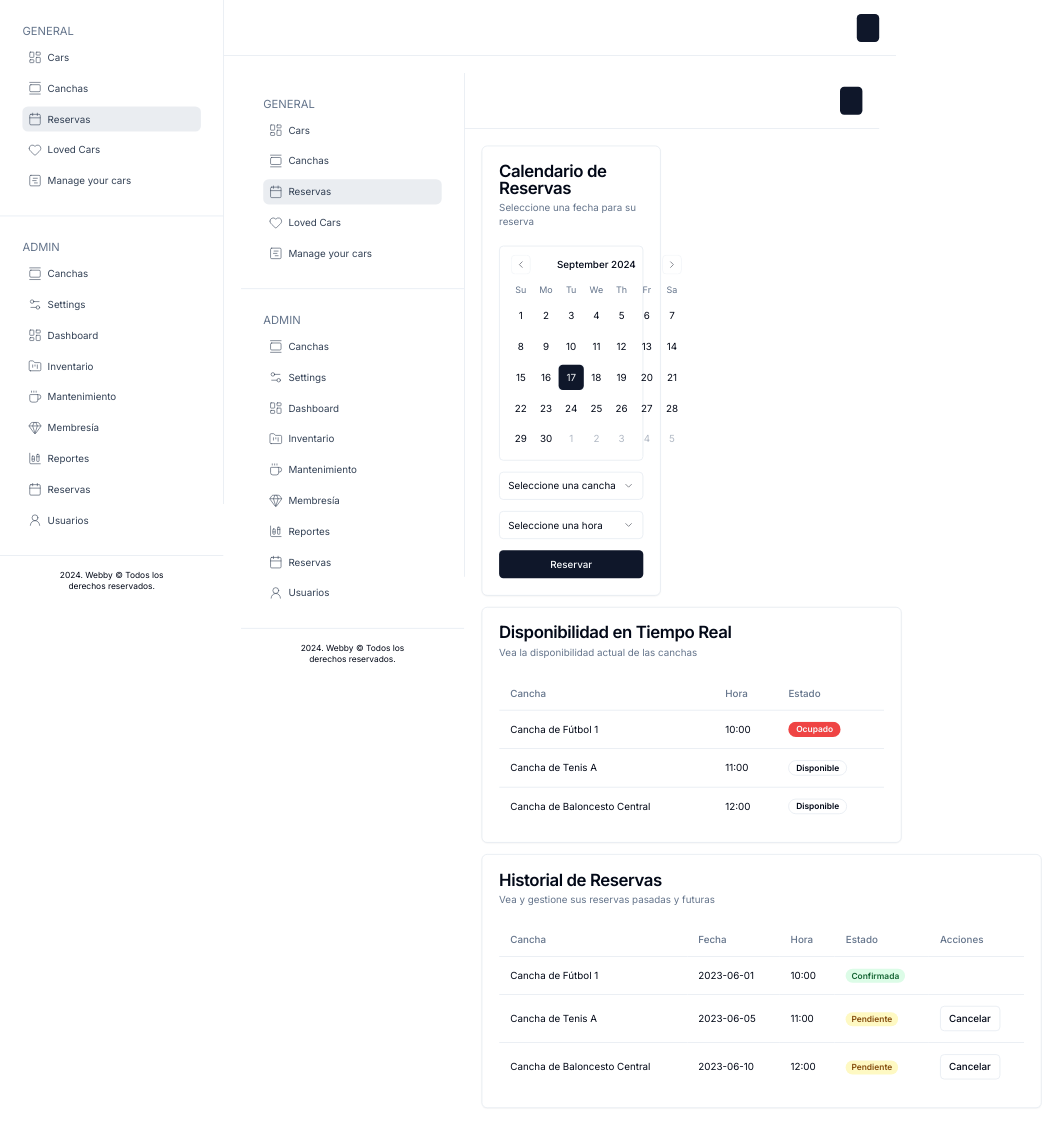
Repository: Jackson-sch/cdeporte
Page: /reservas
An editor plug-in stored every save of this project. The page is shown before and after a run of saves, followed by the edit.
The browser window is 1280 px wide. The page is 1488 px wide, so the pictures cover 1488 px, including what lies to the right of the window. The pictures show the whole page, at 70% of full size.
The project was rebuilt for these pictures with package versions that can differ from the ones it lists, and the page was loaded fresh each time. The framework's server and built-in components were replaced by stand-ins that run in the browser. Also part of the build but not shown: next.config.mjs, src/components/ui/label.jsx, src/components/ui/input.jsx, src/components/Reservas/HistorialReserva.jsx.

Above is the page before, as saved 2024-09-17 20:08:15.

### src/app/layout.jsx
import { Inter } from "next/font/google";
import "./globals.css";
import { Toaster } from "@/components/ui/toaster";

const inter = Inter({ subsets: ["latin"] });

export const metadata = {
  title: "Create Next App",
  description: "Generated by create next app",
};

export default function RootLayout({ children }) {
  return (
    <html lang="en">
      <body className={inter.className}>
        {children}
        <Toaster />
        </body>
    </html>
  );
}

### src/app/(routes)/layout.jsx
import { NavbarDashboard } from "@/components/NavbarDashboard/NavbarDashboard";
import { Sidebar } from "@/components/Sidebar/Sidebar";




export default function LayoutDashboard({ children }) {
  return (
    <div className="flex w-full h-full">
      <div className="hidden h-full xl:block w-80 xl:fixed">
        <Sidebar />
      </div>
      <div className="w-full h-full xl:ml-80">
        <NavbarDashboard />
        <div className="p-6 h-max container">{children}</div>
      </div>
    </div>
  );
}

### src/app/(routes)/(cliente)/layout.jsx
import { NavbarDashboard } from "@/components/NavbarDashboard/NavbarDashboard";
import { Sidebar } from "@/components/Sidebar/Sidebar";




export default function LayoutDashboard({ children }) {
  return (
    <div className="flex w-full h-full">
      <div className="hidden h-full xl:block w-80 xl:fixed">
        <Sidebar />
      </div>
      <div className="w-full h-full xl:ml-80">
        <NavbarDashboard />
        <div className="p-6 h-max container">{children}</div>
      </div>
    </div>
  );
}

### src/app/(routes)/(cliente)/reservas/page.jsx
"use client";
import React, { useState } from "react";
import { Calendar } from "@/components/ui/calendar";
import {
  Card,
  CardHeader,
  CardTitle,
  CardDescription,
  CardContent,
} from "@/components/ui/card";
import {
  Select,
  SelectTrigger,
  SelectValue,
  SelectContent,
  SelectItem,
} from "@/components/ui/select";
import { Button } from "@/components/ui/button";
import {
  Dialog,
  DialogTrigger,
  DialogContent,
  DialogHeader,
  DialogTitle,
  DialogDescription,
  DialogFooter,
} from "@/components/ui/dialog";
import { Label } from "@/components/ui/label";
import { Input } from "@/components/ui/input";
import RealTimeAvailability from "@/components/Reservas/RealTimeAvailability";
import HistorialReservas from "@/components/Reservas/HistorialReserva";
import ReservationHistory from "@/components/Reservas/ReservationHistory";

export default function ReservationCalendar() {
  const [date, setDate] = useState(new Date());
  const [selectedCourt, setSelectedCourt] = useState("");
  const [selectedTime, setSelectedTime] = useState("");
  const [isDialogOpen, setIsDialogOpen] = useState(false);

  const courts = [
    "Cancha de Fútbol 1",
    "Cancha de Tenis A",
    "Cancha de Baloncesto Central",
  ];
  const times = [
    "09:00",
    "10:00",
    "11:00",
    "12:00",
    "13:00",
    "14:00",
    "15:00",
    "16:00",
    "17:00",
    "18:00",
  ];

  const handleReservation = () => {
    console.log("Reserva realizada:", { date, selectedCourt, selectedTime });
    setIsDialogOpen(false);
    // Aquí iría la lógica para enviar la reserva al servidor
  };

  return (
    <div className="grid grid-cols-1 md:grid-cols-2 lg:grid-cols-4 gap-4">
      <div className="col-span-2">
        <Card className="w-full">
          <CardHeader>
            <CardTitle>Calendario de Reservas</CardTitle>
            <CardDescription>
              Seleccione una fecha para su reserva
            </CardDescription>
          </CardHeader>
          <CardContent>
            <Calendar
              mode="single"
              selected={date}
              onSelect={setDate}
              className="rounded-md border"
            />
            <div className="mt-4">
              <Select onValueChange={setSelectedCourt}>
                <SelectTrigger>
                  <SelectValue placeholder="Seleccione una cancha" />
                </SelectTrigger>
                <SelectContent>
                  {courts.map((court) => (
                    <SelectItem key={court} value={court}>
                      {court}
                    </SelectItem>
                  ))}
                </SelectContent>
              </Select>
            </div>
            <div className="mt-4">
              <Select onValueChange={setSelectedTime}>
                <SelectTrigger>
                  <SelectValue placeholder="Seleccione una hora" />
                </SelectTrigger>
                <SelectContent>
                  {times.map((time) => (
                    <SelectItem key={time} value={time}>
                      {time}
                    </SelectItem>
                  ))}
                </SelectContent>
              </Select>
            </div>
            <Dialog open={isDialogOpen} onOpenChange={setIsDialogOpen}>
              <DialogTrigger asChild>
                <Button className="mt-4 w-full">Reservar</Button>
              </DialogTrigger>
              <DialogContent>
                <DialogHeader>
                  <DialogTitle>Confirmar Reserva</DialogTitle>
                  <DialogDescription>
                    ¿Está seguro que desea realizar esta reserva?
                  </DialogDescription>
                </DialogHeader>
                <div className="grid gap-4 py-4">
                  <div className="grid grid-cols-4 items-center gap-4">
                    <Label htmlFor="date" className="text-right">
                      Fecha
                    </Label>
                    <Input
                      id="date"
                      value={date.toLocaleDateString()}
                      className="col-span-3"
                      readOnly
                    />
                  </div>
                  <div className="grid grid-cols-4 items-center gap-4">
                    <Label htmlFor="court" className="text-right">
                      Cancha
                    </Label>
                    <Input
                      id="court"
                      value={selectedCourt}
                      className="col-span-3"
                      readOnly
                    />
                  </div>
                  <div className="grid grid-cols-4 items-center gap-4">
                    <Label htmlFor="time" className="text-right">
                      Hora
                    </Label>
                    <Input
                      id="time"
                      value={selectedTime}
                      className="col-span-3"
                      readOnly
                    />
                  </div>
                </div>
                <DialogFooter>
                  <Button onClick={handleReservation}>Confirmar Reserva</Button>
                </DialogFooter>
              </DialogContent>
            </Dialog>
          </CardContent>
        </Card>
      </div>
      <div className="col-span-5">
        <RealTimeAvailability />
      </div>

      <ReservationHistory />
    </div>
  );
}

### src/components/ui/toaster.jsx
"use client"

import {
  Toast,
  ToastClose,
  ToastDescription,
  ToastProvider,
  ToastTitle,
  ToastViewport,
} from "@/components/ui/toast"
import { useToast } from "@/components/ui/use-toast"

export function Toaster() {
  const { toasts } = useToast()

  return (
    (<ToastProvider>
      {toasts.map(function ({ id, title, description, action, ...props }) {
        return (
          (<Toast key={id} {...props}>
            <div className="grid gap-1">
              {title && <ToastTitle>{title}</ToastTitle>}
              {description && (
                <ToastDescription>{description}</ToastDescription>
              )}
            </div>
            {action}
            <ToastClose />
          </Toast>)
        );
      })}
      <ToastViewport />
    </ToastProvider>)
  );
}

### src/components/NavbarDashboard/NavbarDashboard.jsx
import { Sheet, SheetContent, SheetTrigger } from "@/components/ui/sheet";
import {Button } from "@/components/ui/button";
import { Menu } from "lucide-react";
import { SidebarRoutes } from "../SidebarRoutes/SidebarRoutes";



export function NavbarDashboard() {
  return (
    <nav className="flex items-center justify-between w-full h-20 px-2 border-b gap-x-4 md:px-6 bg-background">
      <div className="block xl:hidden">
        <Sheet>
          <SheetTrigger className="flex items-center">
            <Menu />
          </SheetTrigger>
          <SheetContent side="left">
            <SidebarRoutes />
          </SheetContent>
        </Sheet>
      </div>
      <div className="flex items-center justify-end w-full gap-x-2">
        <Button />
      </div>
    </nav>
  );
}

### src/components/Sidebar/Sidebar.jsx
import { SidebarRoutes } from "../SidebarRoutes/SidebarRoutes";


export function Sidebar() {
  return (
    <div className="h-screen">
      <div className="flex flex-col h-full border-r">
        <SidebarRoutes />
      </div>
    </div>
  );
}

### src/components/ui/card.jsx
import * as React from "react"

import { cn } from "@/lib/utils"

const Card = React.forwardRef(({ className, ...props }, ref) => (
  <div
    ref={ref}
    className={cn("rounded-lg border bg-card text-card-foreground shadow-sm", className)}
    {...props} />
))
Card.displayName = "Card"

const CardHeader = React.forwardRef(({ className, ...props }, ref) => (
  <div
    ref={ref}
    className={cn("flex flex-col space-y-1.5 p-6", className)}
    {...props} />
))
CardHeader.displayName = "CardHeader"

const CardTitle = React.forwardRef(({ className, ...props }, ref) => (
  <h3
    ref={ref}
    className={cn("text-2xl font-semibold leading-none tracking-tight", className)}
    {...props} />
))
CardTitle.displayName = "CardTitle"

const CardDescription = React.forwardRef(({ className, ...props }, ref) => (
  <p
    ref={ref}
    className={cn("text-sm text-muted-foreground", className)}
    {...props} />
))
CardDescription.displayName = "CardDescription"

const CardContent = React.forwardRef(({ className, ...props }, ref) => (
  <div ref={ref} className={cn("p-6 pt-0", className)} {...props} />
))
CardContent.displayName = "CardContent"

const CardFooter = React.forwardRef(({ className, ...props }, ref) => (
  <div
    ref={ref}
    className={cn("flex items-center p-6 pt-0", className)}
    {...props} />
))
CardFooter.displayName = "CardFooter"

export { Card, CardHeader, CardFooter, CardTitle, CardDescription, CardContent }

### src/components/ui/button.jsx
import * as React from "react"
import { Slot } from "@radix-ui/react-slot"
import { cva } from "class-variance-authority";

import { cn } from "@/lib/utils"

const buttonVariants = cva(
  "inline-flex items-center justify-center whitespace-nowrap rounded-md text-sm font-medium ring-offset-background transition-colors focus-visible:outline-none focus-visible:ring-2 focus-visible:ring-ring focus-visible:ring-offset-2 disabled:pointer-events-none disabled:opacity-50",
  {
    variants: {
      variant: {
        default: "bg-primary text-primary-foreground hover:bg-primary/90",
        destructive:
          "bg-destructive text-destructive-foreground hover:bg-destructive/90",
        outline:
          "border border-input bg-background hover:bg-accent hover:text-accent-foreground",
        secondary:
          "bg-secondary text-secondary-foreground hover:bg-secondary/80",
        ghost: "hover:bg-accent hover:text-accent-foreground",
        link: "text-primary underline-offset-4 hover:underline",
      },
      size: {
        default: "h-10 px-4 py-2",
        sm: "h-9 rounded-md px-3",
        lg: "h-11 rounded-md px-8",
        icon: "h-10 w-10",
      },
    },
    defaultVariants: {
      variant: "default",
      size: "default",
    },
  }
)

const Button = React.forwardRef(({ className, variant, size, asChild = false, ...props }, ref) => {
  const Comp = asChild ? Slot : "button"
  return (
    (<Comp
      className={cn(buttonVariants({ variant, size, className }))}
      ref={ref}
      {...props} />)
  );
})
Button.displayName = "Button"

export { Button, buttonVariants }

### src/components/Reservas/RealTimeAvailability.jsx
'use client'
import React, { useState, useEffect } from 'react'
import { Card, CardHeader, CardTitle, CardDescription, CardContent } from "@/components/ui/card"
import { Table, TableBody, TableCell, TableHead, TableHeader, TableRow } from "@/components/ui/table"
import { Badge } from "@/components/ui/badge"

export default function RealTimeAvailability() {
  const [availability, setAvailability] = useState([])

  useEffect(() => {
    // Simulación de actualización en tiempo real
    const interval = setInterval(() => {
      const newAvailability = [
        { id: 1, court: "Cancha de Fútbol 1", time: "10:00", status: Math.random() > 0.5 ? "Disponible" : "Ocupado" },
        { id: 2, court: "Cancha de Tenis A", time: "11:00", status: Math.random() > 0.5 ? "Disponible" : "Ocupado" },
        { id: 3, court: "Cancha de Baloncesto Central", time: "12:00", status: Math.random() > 0.5 ? "Disponible" : "Ocupado" },
      ]
      setAvailability(newAvailability)
    }, 5000) // Actualiza cada 5 segundos

    return () => clearInterval(interval)
  }, [])

  return (
    <Card className="w-[600px]">
      <CardHeader>
        <CardTitle>Disponibilidad en Tiempo Real</CardTitle>
        <CardDescription>Vea la disponibilidad actual de las canchas</CardDescription>
      </CardHeader>
      <CardContent>
        <Table>
          <TableHeader>
            <TableRow>
              <TableHead>Cancha</TableHead>
              <TableHead>Hora</TableHead>
              <TableHead>Estado</TableHead>
            </TableRow>
          </TableHeader>
          <TableBody>
            {availability.map((item) => (
              <TableRow key={item.id}>
                <TableCell>{item.court}</TableCell>
                <TableCell>{item.time}</TableCell>
                <TableCell>
                  <Badge variant={item.status === "Disponible" ? "success" : "destructive"}>
                    {item.status}
                  </Badge>
                </TableCell>
              </TableRow>
            ))}
          </TableBody>
        </Table>
      </CardContent>
    </Card>
  )
}

### src/components/SidebarRoutes/SidebarRoutes.jsx
"use client";

import { Separator } from "@/components/ui/separator";
import { dataAdminSidebar, dataGeneralSidebar } from "./SidebarRoute.data";
import { SidebarItem } from "./SidebarItem/SidebarItem";



export function SidebarRoutes() {

  return (
    <div className="flex flex-col justify-between h-full">
      <div>
        <div className="p-4 md:p-8">
          <p className="mb-2 text-slate-500">GENERAL</p>
          {dataGeneralSidebar.map((item) => (
            <SidebarItem key={item.label} item={item} />
          ))}
        </div>

        <Separator />

          <div className="p-4 md:p-8">
            <p className="mb-2 text-slate-500">ADMIN</p>
            {dataAdminSidebar.map((item) => (
              <SidebarItem key={item.label} item={item} />
            ))}
          </div>
      </div>

      <div>
        <Separator />

        <footer className="px-6 py-2 mt-3 text-center text-xs text-pretty">
          2024. Webby © Todos los derechos reservados.
        </footer>
      </div>
    </div>
  );
}

### src/components/ui/table.jsx
import * as React from "react"

import { cn } from "@/lib/utils"

const Table = React.forwardRef(({ className, ...props }, ref) => (
  <div className="relative w-full overflow-auto">
    <table
      ref={ref}
      className={cn("w-full caption-bottom text-sm", className)}
      {...props} />
  </div>
))
Table.displayName = "Table"

const TableHeader = React.forwardRef(({ className, ...props }, ref) => (
  <thead ref={ref} className={cn("[&_tr]:border-b", className)} {...props} />
))
TableHeader.displayName = "TableHeader"

const TableBody = React.forwardRef(({ className, ...props }, ref) => (
  <tbody
    ref={ref}
    className={cn("[&_tr:last-child]:border-0", className)}
    {...props} />
))
TableBody.displayName = "TableBody"

const TableFooter = React.forwardRef(({ className, ...props }, ref) => (
  <tfoot
    ref={ref}
    className={cn("border-t bg-muted/50 font-medium [&>tr]:last:border-b-0", className)}
    {...props} />
))
TableFooter.displayName = "TableFooter"

const TableRow = React.forwardRef(({ className, ...props }, ref) => (
  <tr
    ref={ref}
    className={cn(
      "border-b transition-colors hover:bg-muted/50 data-[state=selected]:bg-muted",
      className
    )}
    {...props} />
))
TableRow.displayName = "TableRow"

const TableHead = React.forwardRef(({ className, ...props }, ref) => (
  <th
    ref={ref}
    className={cn(
      "h-12 px-4 text-left align-middle font-medium text-muted-foreground [&:has([role=checkbox])]:pr-0",
      className
    )}
    {...props} />
))
TableHead.displayName = "TableHead"

const TableCell = React.forwardRef(({ className, ...props }, ref) => (
  <td
    ref={ref}
    className={cn("p-4 align-middle [&:has([role=checkbox])]:pr-0", className)}
    {...props} />
))
TableCell.displayName = "TableCell"

const TableCaption = React.forwardRef(({ className, ...props }, ref) => (
  <caption
    ref={ref}
    className={cn("mt-4 text-sm text-muted-foreground", className)}
    {...props} />
))
TableCaption.displayName = "TableCaption"

export {
  Table,
  TableHeader,
  TableBody,
  TableFooter,
  TableHead,
  TableRow,
  TableCell,
  TableCaption,
}

### src/components/ui/badge.jsx
import * as React from "react"
import { cva } from "class-variance-authority";

import { cn } from "@/lib/utils"

const badgeVariants = cva(
  "inline-flex items-center rounded-full border px-2.5 py-0.5 text-xs font-semibold transition-colors focus:outline-none focus:ring-2 focus:ring-ring focus:ring-offset-2",
  {
    variants: {
      variant: {
        default:
          "border-transparent bg-primary text-primary-foreground hover:bg-primary/80",
        secondary:
          "border-transparent bg-secondary text-secondary-foreground hover:bg-secondary/80",
        destructive:
          "border-transparent bg-destructive text-destructive-foreground hover:bg-destructive/80",
        outline: "text-foreground",
      },
    },
    defaultVariants: {
      variant: "default",
    },
  }
)

function Badge({
  className,
  variant,
  ...props
}) {
  return (<div className={cn(badgeVariants({ variant }), className)} {...props} />);
}

export { Badge, badgeVariants }

### src/components/SidebarRoutes/SidebarRoute.data.jsx
import {
  Calendar,
  Car,
  ChartColumnStacked,
  Coffee,
  FolderKanban,
  GalleryVertical,
  Gem,
  Heart,
  LayoutDashboard,
  Settings2,
  SquareGanttChart,
  User2,
} from "lucide-react";

export const dataGeneralSidebar = [
  {
    icon: LayoutDashboard,
    label: "Cars",
    href: "/dashboard",
  },
  {
    icon: GalleryVertical,
    label: "Canchas",
    href: "/canchas",
  },
  {
    icon: Calendar,
    label: "Reservas",
    href: "/reservas",
  },
  {
    icon: Heart,
    label: "Loved Cars",
    href: "/loved-cars",
  },
  {
    icon: SquareGanttChart,
    label: "Manage your cars",
    href: "/canchitas",
  },
];

export const dataAdminSidebar = [
  {
    icon: GalleryVertical,
    label: "Canchas",
    href: "/admin/canchas",
  },
  {
    icon: Settings2,
    label: "Settings",
    href: "/admin/configuracion",
  },
  {
    icon: LayoutDashboard,
    label: "Dashboard",
    href: "/admin/dashboard",
  },
  {
    icon: FolderKanban,
    label: "Inventario",
    href: "/admin/inventario",
  },
  {
    icon: Coffee,
    label: "Mantenimiento",
    href: "/admin/mantenimiento",
  },
  {
    icon: Gem,
    label: "Membresía",
    href: "/admin/membresia",
  },
  {
    icon: ChartColumnStacked,
    label: "Reportes",
    href: "/admin/reportes",
  },
  {
    icon: Calendar,
    label: "Reservas",
    href: "/admin/reservas",
  },
  {
    icon: User2,
    label: "Usuarios",
    href: "/admin/usuarios",
  },
];

### src/components/SidebarRoutes/SidebarItem/SidebarItem.jsx
import Link from "next/link";
import { cn } from "@/lib/utils";
import { usePathname } from "next/navigation";

export function SidebarItem({item}) {
  const { href, icon: Icon, label } = item;

  const pathname = usePathname();

  const activePath = pathname === href;

  return (
    <Link
      href={href}
      className={cn(
        `flex gap-x-2 mt-2 text-slate-700 text-sm items-center hover:bg-slate-300/20 p-2 rounded-lg cursor-pointer`,
        activePath && "bg-slate-400/20"
      )}
    >
      <Icon className="h-5 w-5" strokeWidth={1} />
      {label}
    </Link>
  );
}

Loaded but not shown: src/app/globals.css (common file); src/lib/utils.js (common file); src/components/ui/separator.jsx (common file); tailwind.config.js (common file); src/components/ui/use-toast.js (155 lines, source omitted); src/components/ui/select.jsx (122 lines, source omitted); src/components/Reservas/ReservationHistory.jsx (149 lines, source omitted); src/components/ui/toast.jsx (83 lines, source omitted); src/components/ui/sheet.jsx (109 lines, source omitted); src/components/ui/dialog.jsx (96 lines, source omitted); src/components/ui/calendar.jsx (62 lines, source omitted)

After the next 2 saves:
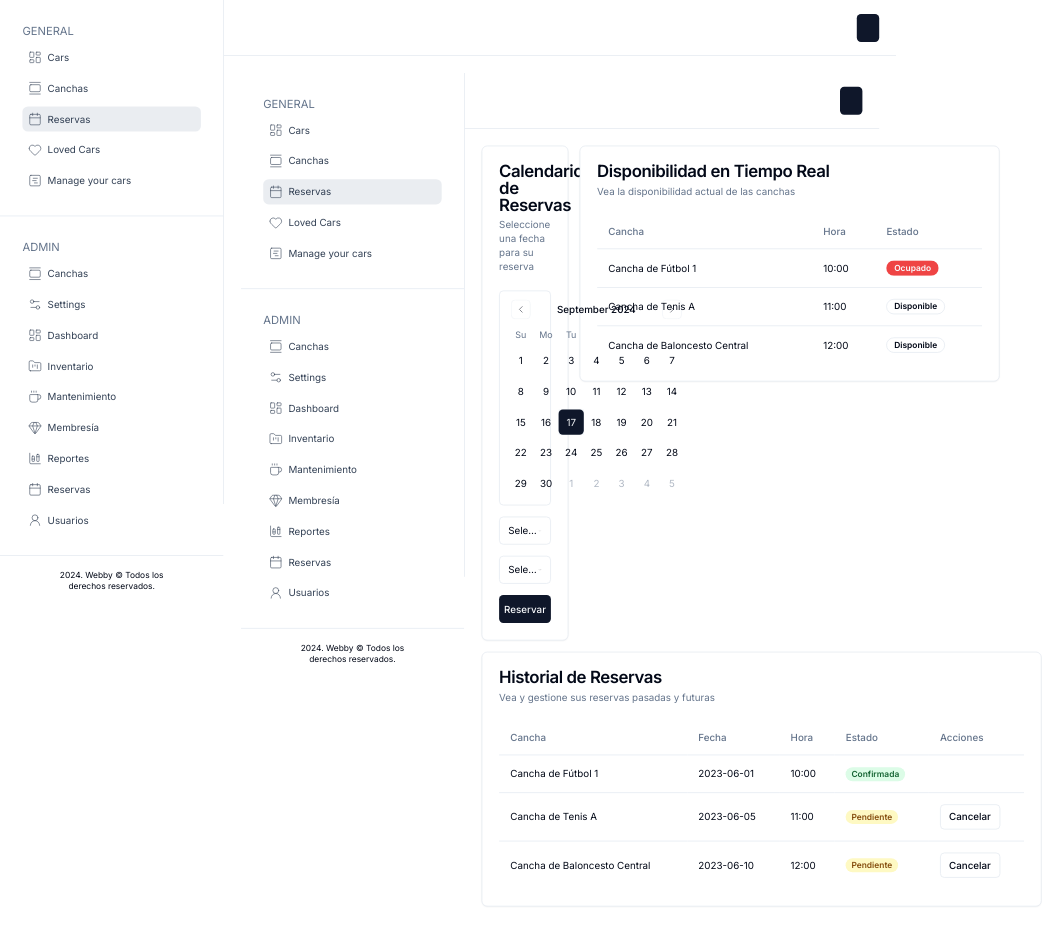
The 2 saves are shown as one change because they came seconds apart.
The last was saved 9 s later.
--- a/src/app/(routes)/(cliente)/reservas/page.jsx
+++ b/src/app/(routes)/(cliente)/reservas/page.jsx
@@ -63,7 +63,7 @@ export default function ReservationCalendar() {
 
   return (
     <div className="grid grid-cols-1 md:grid-cols-2 lg:grid-cols-4 gap-4">
-      <div className="col-span-2">
+      <div className="col-span-1">
         <Card className="w-full">
           <CardHeader>
             <CardTitle>Calendario de Reservas</CardTitle>
@@ -160,7 +160,7 @@ export default function ReservationCalendar() {
           </CardContent>
         </Card>
       </div>
-      <div className="col-span-5">
+      <div className="col-span-3">
         <RealTimeAvailability />
       </div>
 
